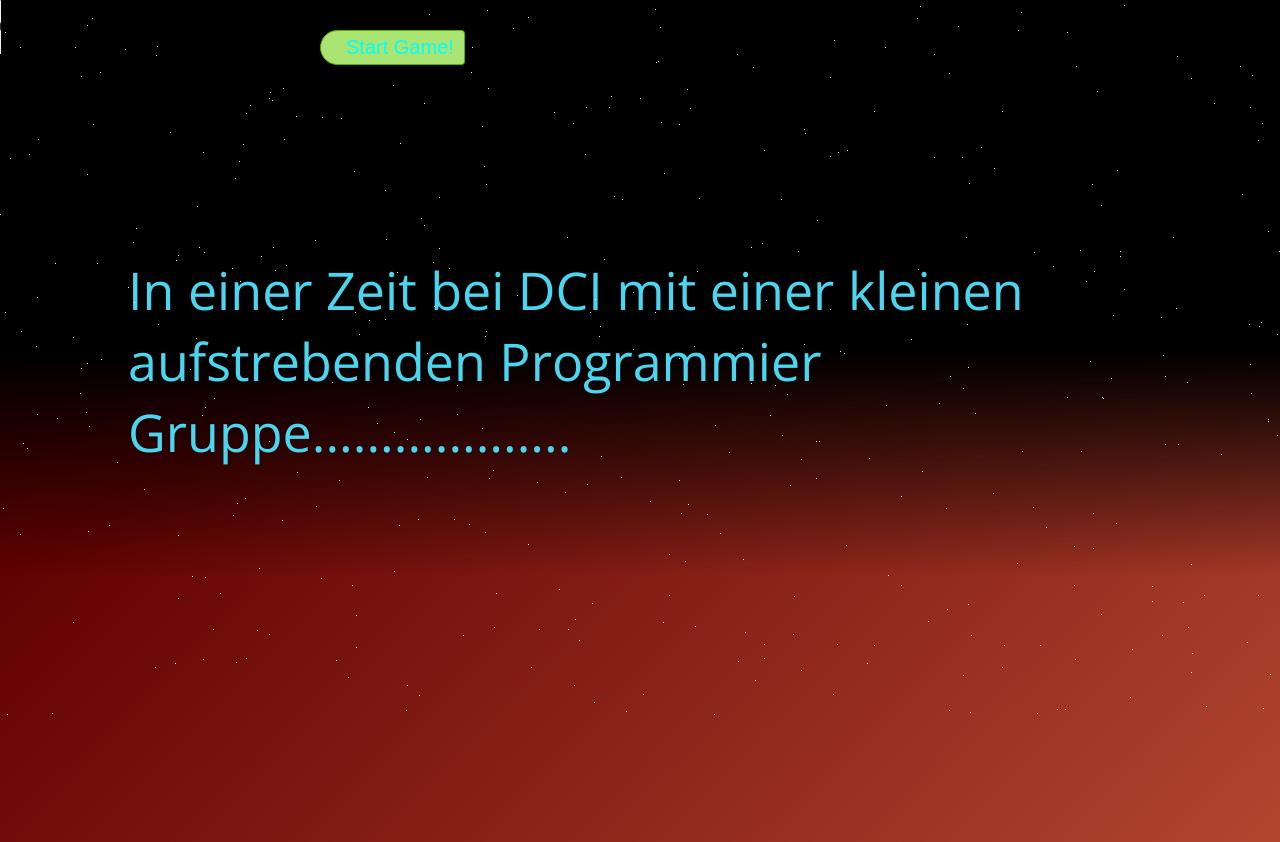
Repository: Der-Metatron/Projekt-Omega-Sprotte
Page: /
The author's editor kept a copy of each file at every save. The page is drawn from the files as they stood at one save, then again after the next save.
The browser window is 1280 px wide. The pictures show the whole page.
The project was rebuilt for these pictures with package versions that can differ from the ones it lists, and the page was loaded fresh each time. Also part of the build but not shown: src/services/game-control.js, src/components/GameCanvas.css, src/components/GameCanvas.jsx, src/components/Footer.jsx.

Above is the page before, as saved 2022-06-23 18:47:08.

After the next save:
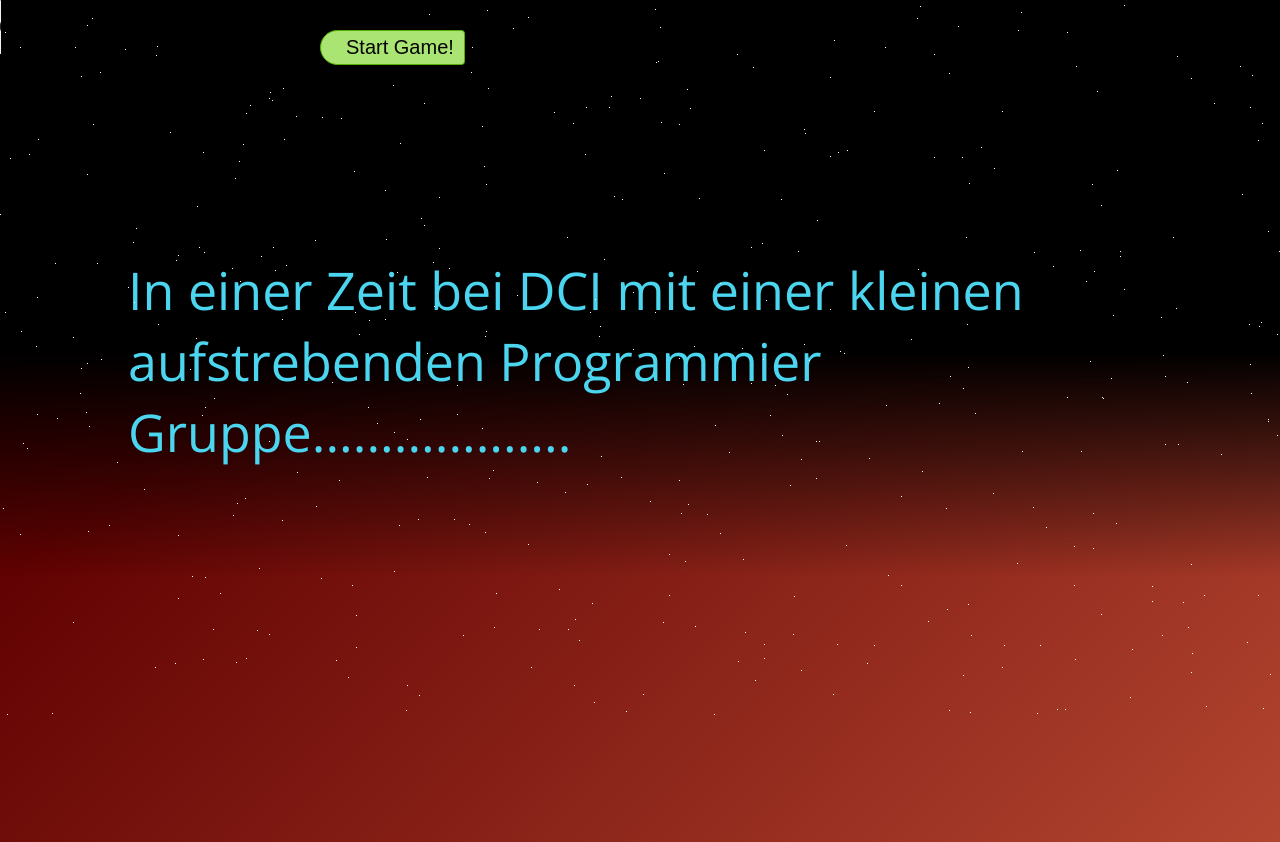
Saved 25 s later.
--- a/src/App.css
+++ b/src/App.css
@@ -28,5 +28,5 @@
 }
 
 .startbutton {
-  color: aqua;
+  color: rgb(4, 4, 4);
 }
